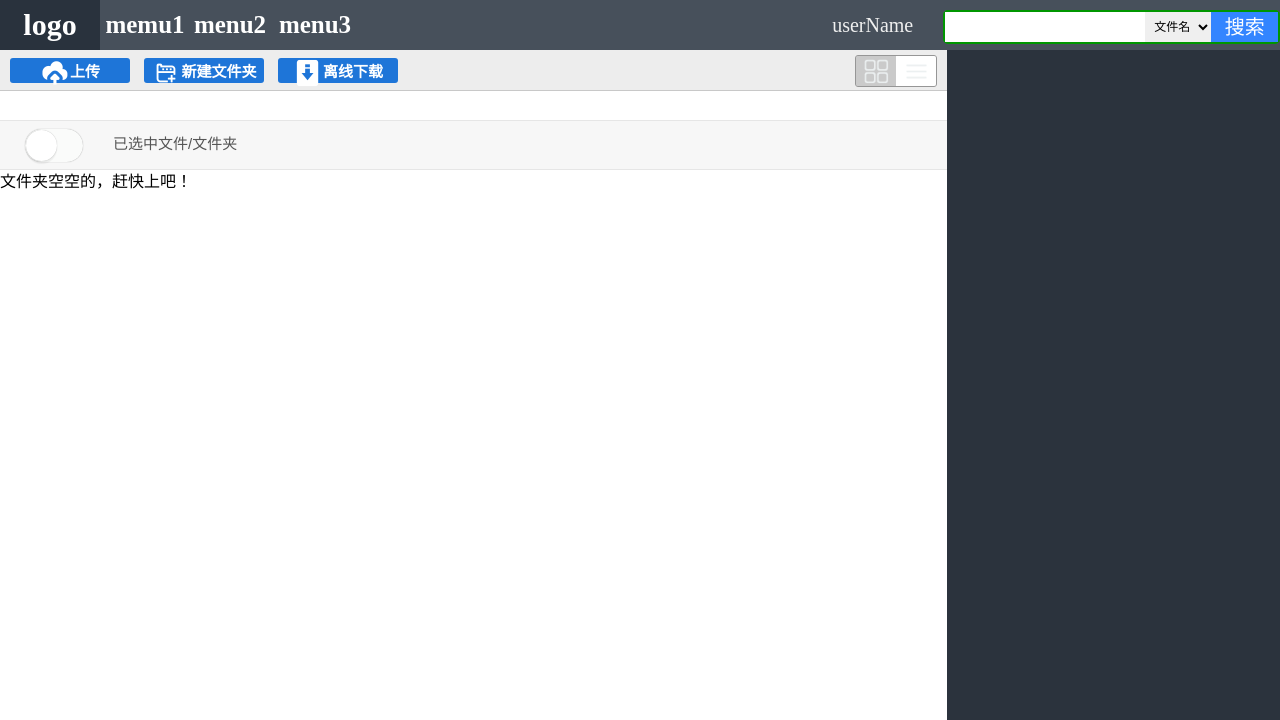
Repository: ixufeng/fileManager
Page: http://localhost/fileManager/delFile.do
An editor plug-in stored every save of this project. The page is shown before and after the next save, followed by the edit.
The browser window is 1280 px wide. The pictures show the whole page.
The page is served by Tomcat 9. Queries for data that is not in the repository find no rows.

Above is the page before, as saved 2016-04-07 12:53:01.

After the next save:
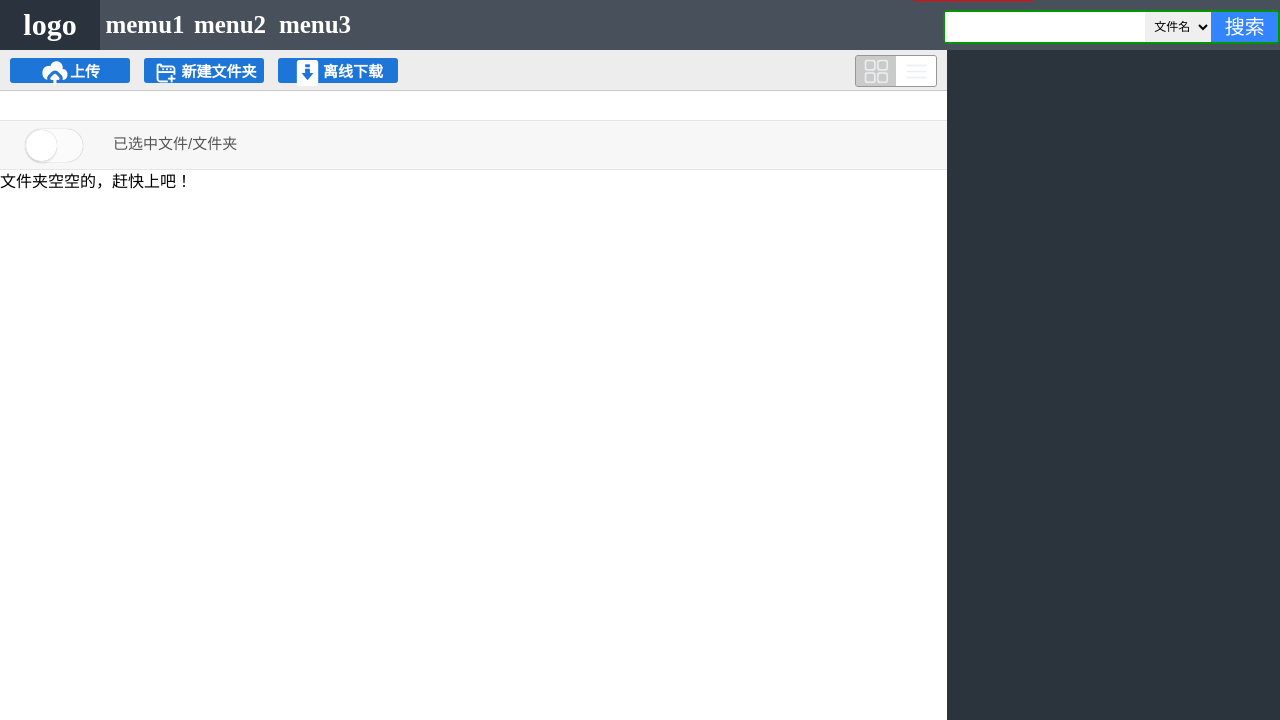
Saved 49 s later.
--- a/fileManager/WebRoot/homePage.jsp
+++ b/fileManager/WebRoot/homePage.jsp
@@ -60,10 +60,11 @@ if(request.getParameter("currentPath")!=null){
 			<input id="search_key" />
 		</div>
 		<div id="user">
-			<div id="user_name">
-				<span>userName</span>
-			</div>
+			<span id="user_name">
 
+
+			</span>
+			<div id="user_box"></div>
 		</div>
 	</div>
 	<div id="fileMsg">
